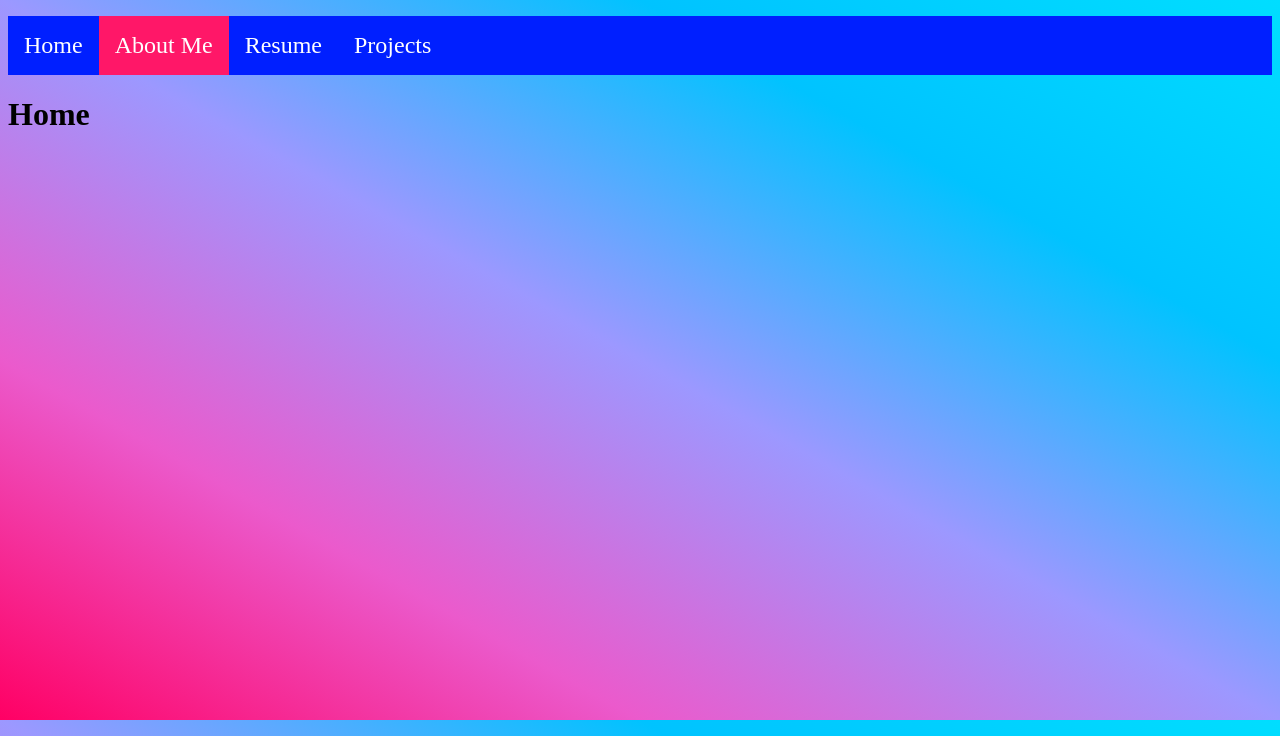
Repository: Zatarain10/Zatarain10.github.io
Page: aboutme.html
The author's editor kept a record of every edit. The page is drawn from the files as they stood at one moment, then again after the next edit.
The browser window is 1280 px wide. The pictures show the whole page.

Above is the page before.

### aboutme.html
<!DOCTYPE html>
<html>
    <head>
    <title>About Me</title>
    <link rel="stylesheet" type="text/css" href="style.css">

    </head>
    <body>
        <ul class="navbar">
            <li><a href="/index.html">Home</a></li>
            <li class="active"><a href="aboutme.html">About Me</a></li>
            <li><a href="resume.html">Resume</a></li>
            <li class="dropdown">
                <div>Projects</div>
                <ul class="dropdown-content">
                    <li><a href="project1.html">Project 1</a></li>
                    <li><a href="project2.html">Project 2</a></li>
                    <li><a href="project3.html">Project 3</a></li>
                </ul>
            </li>
        </ul>

        <h1>Home</h1>

    </body>
</html>

### style.css
        .navbar{
            list-style:none;
            background-color: #001fff;
            overflow:hidden;
            padding:0;
        }

        .navbar a, .dropdown div{
            text-decoration:none;
            color: white;
            font-size: 24px;
            padding: 16px;
            display:inline-block;
        }

        .navbar li{
            float:left;
        }

        .navbar li:hover{
            background-color:Cyan;
        }

        .dropdown-content{
            list-style:none;
            padding: 0;
            display:none;
            position:absolute;
            z-index:1;
            background-color: #001fff;
        }

        .dropdown-content li{
            float:none;
        }

        .dropdown:hover .dropdown-content{
            display:block;
        }

        .active{
            background-color: #ff1768;
        }

        html{
            height: 100%;
        }

        body{
            height: 100%;
            background-repeat: no-repeat;
            background-attachment: fixed;
            background: linear-gradient(to right top, #ff0064, #eb5acc, #9c98ff, #00c3ff, #00deff);
        }

After the next edit:
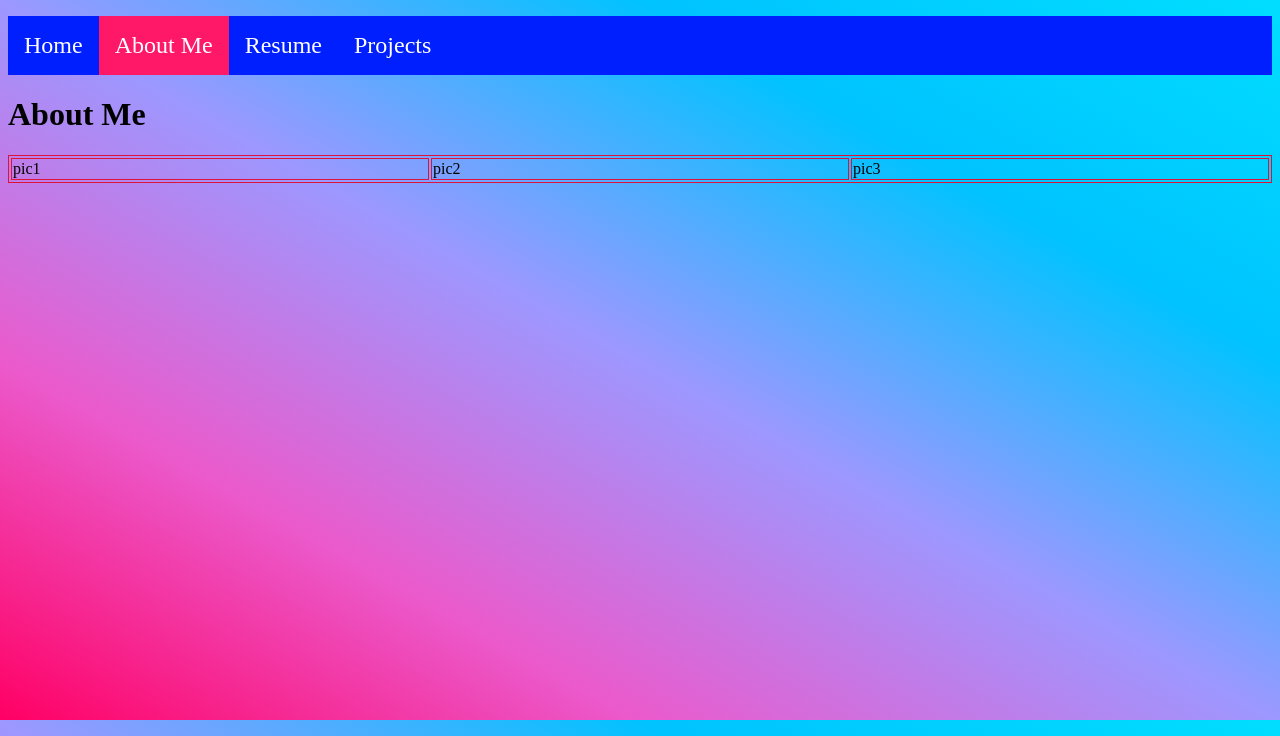
The edit:
--- a/aboutme.html
+++ b/aboutme.html
@@ -20,7 +20,13 @@
             </li>
         </ul>
 
-        <h1>Home</h1>
+        <h1>About Me</h1>
 
+        <table border="1"; bordercolor="crimson"; width="100%">
+            <tr>
+                <td>pic1</th>
+                <td>pic2</th>
+                <td>pic3</td>
+            </tr>
     </body>
 </html>
